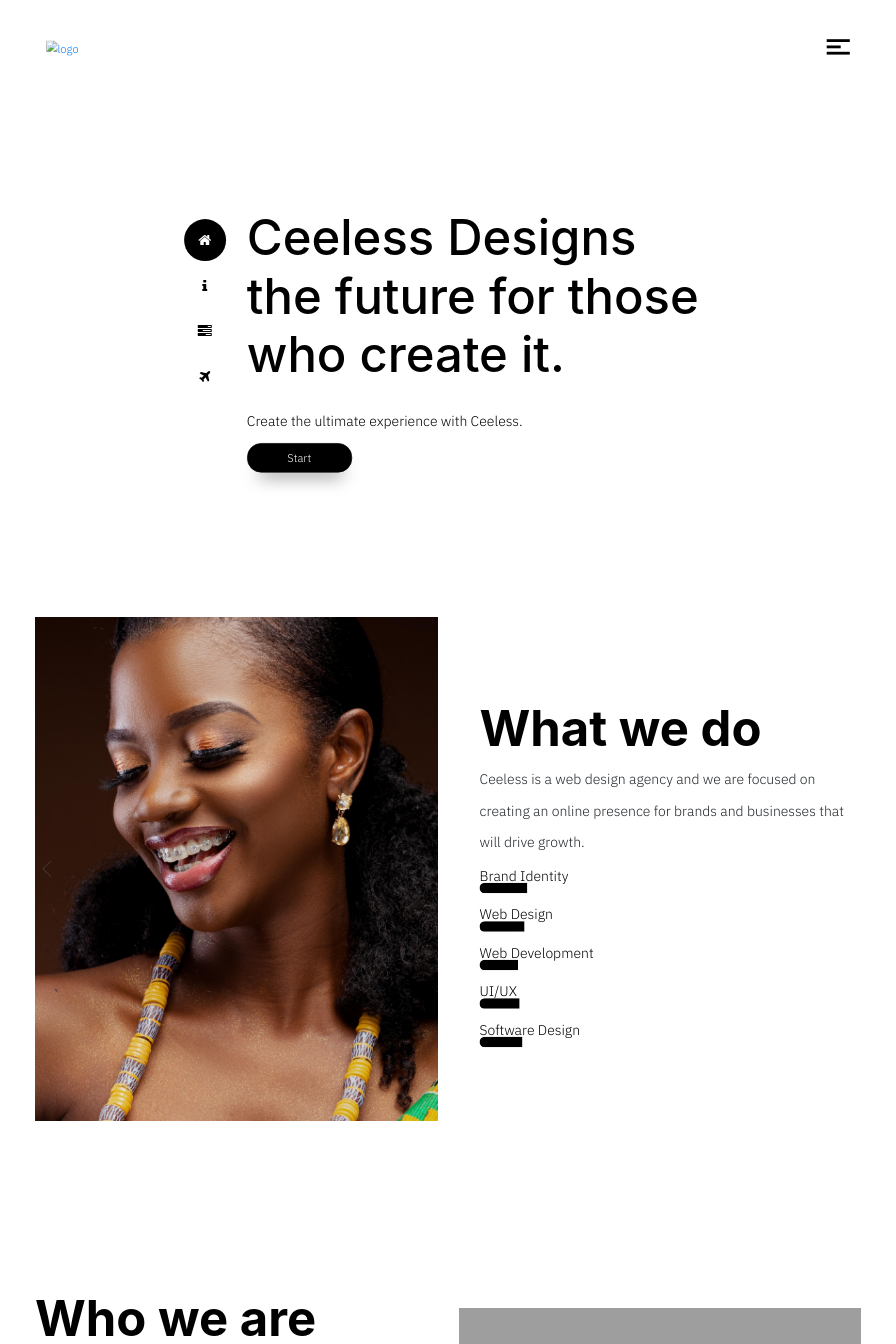
Repository: Licorne-Technologies/Ceeless-v2
Page: index.html
An editor plug-in stored every save of this project. The page is shown before and after the next save, followed by the edit.
The browser window is 1280 px wide. The pictures show the part of the page from y = 0 to 1920 px (the page is 3317 px tall), at 70% of full size.
Pictures or frames that could not be fetched are drawn as grey boxes. Some web libraries are served in a nearby version. The style sheet was rebuilt from its Sass, Less or Tailwind sources for each picture, by a compiler version that may differ from the author's.

Above is the page before, as saved 2020-06-15 14:33:06.

### index.html
<!DOCTYPE html>
<html lang="en">
<head>
    <meta charset="UTF-8">
    <meta name="viewport" content="width=device-width, initial-scale=1.0">
    <!-- UIkit CSS -->
    <link rel="stylesheet" href="https://cdn.jsdelivr.net/npm/uikit@3.5.4/dist/css/uikit.min.css" />
    <!--Bootstrap-->
    <link rel="stylesheet" href="https://stackpath.bootstrapcdn.com/bootstrap/4.4.1/css/bootstrap.min.css" integrity="sha384-Vkoo8x4CGsO3+Hhxv8T/Q5PaXtkKtu6ug5TOeNV6gBiFeWPGFN9MuhOf23Q9Ifjh" crossorigin="anonymous">
    <!--Font awesome -->
    <link rel="stylesheet" href="https://stackpath.bootstrapcdn.com/font-awesome/4.7.0/css/font-awesome.min.css">
    <!--Stylesheet-->
    <link rel="stylesheet" href="css/stylesheet.css">
    <title>Ceeless || Licorne Technologies</title>
</head>
<body>
 <main class="wrapper pt-5">
     <!--Navigation Bar-->
    <header class="navbar">
        <div class="logo">
            <a href="index.html">
                <img src="" alt="logo">
            </a>
        </div>
        <div class="menu">
            <a class="menuIcon" href="#modal-full" uk-toggle>
                <span class="long-bar"></span>
                <span class="short-bar"></span>
                <span class="long-bar"></span>
            </a>
        </div>
        <!--Menu Modal-->
        <div id="modal-full" class="uk-modal-full" uk-modal>
            <div class="uk-modal-dialog">
                <button class="uk-modal-close-full uk-close-large" type="button" uk-close></button>
                <div class="row">
                    <div class="col">
                        <div class="menuItems">
                            <ul class="menuList">
                                <li>
                                    <a href="index.html" class="active"><i class="fa fa-home"></i>Home</a>
                                </li>
                                <li>
                                    <a href="#"><i class="fa fa-info"></i>About</a>
                                </li>
                                <li>
                                    <a href="#"><i class="fa fa-tasks" aria-hidden="true"></i>Portfolio</a>
                                </li>
                                <li>
                                    <a href="#"><i class="fa fa-plane"></i>Contact</a>
                                </li>
                            </ul>
                        </div>
                    </div>
                <div class="col"></div>
                </div>
            </div>
        </div>
    </header>
    <!--End of Navigation Bar-->



    <!--Jumbotron-->
    <section class="jumboText">
        <div class="row">
            <div class="col-3">
                <!--Menu icons-->
                <div class="menuItems">
                    <ul class="menuList">
                        <li>
                            <a href="index.html" class="active"><i class="fa fa-home"></i></a>
                        </li>
                        <li>
                            <a href="#"><i class="fa fa-info"></i></a>
                        </li>
                        <li>
                            <a href="#"><i class="fa fa-tasks" aria-hidden="true"></i></a>
                        </li>
                        <li>
                            <a href="#"><i class="fa fa-plane"></i></a>
                        </li>
                    </ul>
                </div>
            </div>
            <div class="col-9">
                <div class="message card w-75">
                    <!--Message Text-->
                    <h1>Ceeless Designs the future for those who create it.</h1>
                    <p>Create the ultimate experience with Ceeless.</p>
                    <!--Action Btn-->
                    <a href="#" class="action-btn">Start</a>
                </div>

            </div>
        </div>
    </section>
    <!--End of Jumbotron-->

    <!--Portfolio and What We Do Section-->
    <section class="comboSection">
        <div class="row">
            <div class="col">
                <!--Portfolio Gallery-->
                <div uk-slideshow="autoplay: true; autoplay-interval: 2000; pause-on-hover: true; animation: fade;" >
                    <ul class="uk-slideshow-items" uk-height-viewport="min-height: 300">
                        <li>
                            <img src="assets/DemoImage1.jpg" alt="" uk-cover>
                        </li>
                        <li>
                            <img src="assets/DemoImage2.jpg" alt="" uk-cover>
                        </li>
                        <li>
                            <img src="assets/DemoImage3.jpg" alt="" uk-cover>
                        </li>
                    </ul>
                    <a class="uk-position-center-left uk-position-small uk-hidden-hover" href="#" uk-slidenav-previous uk-slideshow-item="previous"></a>
                    <a class="uk-position-center-right uk-position-small uk-hidden-hover" href="#" uk-slidenav-next uk-slideshow-item="next"></a>
                </div>
            </div>
            <div class="col">
                <h2 class="title pt-5">What we do</h2>
                <p>Ceeless is a web design agency and we are focused on creating an online presence for brands and businesses that will drive growth.</p>
                <!--What we do Progress bar-->
                <ul class="progressList">
                    <li>Brand Identity
                        <progress id="brandIdentity-progressbar" class="uk-progress uk-progress-dark" value="10" max="80"></progress>
                    </li>
                    <li>Web Design
                        <progress id="webDesign-progressbar" class="uk-progress uk-progress-dark" value="10" max="85"></progress>
                    </li>
                    <li>Web Development
                        <progress id="webDev-progressbar" class="uk-progress uk-progress-dark" value="10" max="100"></progress>
                    </li>
                    <li>UI/UX
                        <progress id="uiUx-progressbar" class="uk-progress uk-progress-dark" value="10" max="95"></progress>
                    </li>
                    <li>Software Design
                        <progress id="softwareDesign-progressbar" class="uk-progress uk-progress-dark" value="10" max="90"></progress>
                    </li>
                </ul>
            </div>
        </div>
    </section>
    <!--End of section-->

    <!--About us-->
    <section class="aboutUs">
        <div class="row">
            <div class="col">
                <h2 class="title">Who we are</h2>
                <p>Ceeless is a web design and development agency founded in 2016, it became part of the Licorne Technology group in February 2020.</p>
                <p>Ceeless is focused on supporting Nigerian brands and businesses online.</p>
            </div>
            <div class="col right">
                <div class="teamGallery">
                    <div class="uk-visible-toggle uk-light" tabindex="-1" uk-slideshow="animation: fade; autoplay: true;  autoplay-interval: 3000; pause-on-hover: true ">

                        <ul class="uk-slideshow-items">
                            <li>
                                <img src="assets/DemoImage3.jpg" alt="" uk-cover>
                                <div class="uk-overlay uk-overlay-primary uk-position-bottom">
                                    <p>Default Lorem ipsum dolor sit amet, consectetur adipiscing elit.</p>
                                </div>
                            </li>
                            <li>
                                <img src="assets/DemoImage2.jpg" alt="" uk-cover>
                                <div class="uk-overlay uk-overlay-primary uk-position-bottom">
                                    <p>Default Lorem ipsum dolor sit amet, consectetur adipiscing elit.</p>
                                </div>
                            </li>
                            <li>
                                <img src="assets/DemoImage1.jpg" alt="" uk-cover>
                                <div class="uk-overlay uk-overlay-primary uk-position-bottom">
                                    <p>Default Lorem ipsum dolor sit amet, consectetur adipiscing elit.</p>
                                </div>
                            </li>
                        </ul>

                        <a class="uk-position-center-left uk-position-small uk-hidden-hover" href="#" uk-slidenav-previous uk-slideshow-item="previous"></a>
                        <a class="uk-position-center-right uk-position-small uk-hidden-hover" href="#" uk-slidenav-next uk-slideshow-item="next"></a>

                    </div>
                </div>
            </div>
        </div>
    </section>
    <!--End of section-->

    <section class="contactUs">
        <div class="row">
            <div class="col">
                <div>
                    <div class="uk-inline">
                        <img src="assets/formBg.jpg" alt="">
                        <div class="uk-overlay-primary uk-position-cover"></div>
                        <div class="uk-overlay uk-position-bottom uk-light">
                            <h2 class="title">Work with us</h2>
                            <h5>on your next project or get in touch for a chat.</h5>
                        </div>
                    </div>
                </div>
            </div>
            <div class="col">
                <div class="form">
                    <form id="contactForm" method="POST" action="">
                        <div class="formRow">
                            <input type="text" placeholder="Name" required />
                            <div class="error"></div>
                        </div>
                        <div class="formRow">
                            <input type="email" placeholder="Email" required />
                            <div class="error"></div>
                        </div>
                        <div class="formRow">
                            <input type="text" placeholder="Phone Number" required />
                            <div class="error"></div>
                        </div>
                        <div class="formRow">
                            <textarea placeholder="Tell us about your project" required></textarea>
                            <div class="error"></div>
                        </div>
                    </form>
                </div>
                <!--form-->
            </div>
        </div>
    </section>
 </main>
 <footer class="footer">
     <p>&copy;Ceeless Designs | Licorne Technologies</p>
 </footer>

<!-- UIkit JS -->
<script src="https://cdn.jsdelivr.net/npm/uikit@3.5.4/dist/js/uikit.min.js"></script>
<script src="https://cdn.jsdelivr.net/npm/uikit@3.5.4/dist/js/uikit-icons.min.js"></script>
</body>
</html>

### css/stylesheet.scss
@import 'variables';
@import 'footer';
@import 'contact';
@import 'aboutUs';
@import 'whatWeDo';
@import 'portfolio';
@import 'jumbotron';
@import 'navbar';

*{
    margin: 0;
    padding: 0;
    text-decoration: none;
    list-style: none;
    font-family: $font;
}
 section {
    height: 100vh;
    margin-bottom: 70px;
}

.title {
    color: $dark;
    font-size: $fontLarge;
    font-weight: $fontHeavy;
}
@media screen and (min-width: 760px){
    .wrapper {
        margin: 0 50px;
    }
}

### css/_variables.scss
@import url('https://fonts.googleapis.com/css2?family=IBM+Plex+Sans:wght@300;700&display=swap');

$font: 'IBM Plex Sans', sans-serif;
$fontLight: 300;
$fontHeavy: 700;
$fontLarge: 70px;
$fontSmall: 45px;
$fontText: 20px;
$fontTextSm: 16px;
$dark: black;
$light: white;
$box-shadow: 0 5px 15px rgba(0,0,0,0.08);
$btn-shadow: 2px 20px 25px -15px rgba(0, 0, 0, 0.54);
$text-shadow: 2px 2px 4px rgba(0, 0, 0, 0.377);

### css/footer.scss
@import 'variables';

.footer {
    background-color: $dark;
    display: flex;
    align-items: center;
    p{
        color: $light;
        font-size: $fontText;
        padding: 10px;
    }
}

### css/contact.scss
@import 'variables';

.contactUs {
        height: 100vh;
        background-color: rgba(35,35,36, .9);
        background-size: cover;
    .title, h5{
        color: $light;
    }

    img {
        max-height: 100vh;
        width: 100%;
    }

    .form{
        display: flex;
        flex-direction: column;
        align-items: center;

        .formRow {
            margin: 10px 0;

            input, textarea {
                border: none;
                border-bottom: 2px solid $light;
                padding: 10px;
                color: $light;
                background-color: rgba(35,35,36, .9);
            }

            input::placeholder, textarea::placeholder {
                color: $light;
                line-height: $fontText;
                padding: 5px;
            }
        }
    }
}

### css/aboutUs.scss
@import 'variables';

.aboutUs {

    .col {
    height: 100vh;
    display: flex;
    flex-direction: column;
    justify-content: center;

    .right {
        background-color: $dark;
        height: 100vh;
        width: 100%;
    }
    }
    .title {
        padding-bottom: 30px;
    }
    p {
        font-size: $fontText;
        line-height: $fontSmall;
        font-weight: $fontLight;
    }
}

### css/whatWeDo.scss
@import 'variables';

.comboSection {

    .col {
        height: 100vh;
    display: flex;
    flex-direction: column;
    justify-content: center;
    }
    .title, p {
        padding-left: 30px;
    }
    p{
        font-size: $fontText;
        line-height: $fontSmall;
        font-weight: $fontLight;
    }
    .progressList {
        li{
            color: $dark;
            font-weight: 500;
            line-height: $fontText;
            font-size: $fontText;
            font-family: $font;
        }
    }
    .uk-progress { // this is its background, you could add those to your created classes if you want to also modify this color
        &::-webkit-progress-bar { background-color: $light; }
        &::-moz-progress-bar { background-color: $light; }
    }
    .uk-progress-dark { // created class for customisation
        &::-webkit-progress-value { background-color:$dark; } // those are the overflowing colors
        &::-ms-fill { background-color: $dark; }
    }

}

### css/jumbotron.scss
@import 'variables';

.jumboText {
    height: 100vh;
    display: flex;
    flex-direction: column;
    justify-content: center;

    .card {
        border: none;
        height: 100vh;
        display: flex;
        flex-direction: column;
        justify-content: center;
    }

    .menuItems {
        background-color: $light;
        display: flex;
        flex-direction: column;
        align-items: flex-end;

        a {
            font-size: $fontText;
            color: $dark;

            .fa {
                background-color: $light;
                color: $dark;
                margin-right: 0px;
                margin-bottom: 5px;
                height: 60px;
                width: 60px;
            }

            &:hover {
                .fa {
                    background-color: $dark;
                    color: $light;
                    transform: scale(1.2);
                }
            }
        }

        a.active {
            .fa {
                background-color: $dark;
                color: $light;
            }
        }
    }
}
.message {
    display: flex;
    flex-direction: column;
    align-items: flex-start;
    padding-top: 70px;
    h1{
        font-size: $fontLarge;
        color: $dark;
    }
    p{
        padding-top: 30px;
        font-size: $fontText;
        color: $dark;
    }
}
a.action-btn {
    border: 1px solid $dark;
    background-color: $dark;
    width: 150px;
    border-radius: 20px;
    padding: 10px;
    box-shadow: $btn-shadow;
    color: $light;
    text-align: center;
    line-height: 20px;
    &:hover{
        text-decoration: none;
    }

}

### css/navbar.scss
@import 'variables';

.navbar {
    display: flex;
    width: 100%;
    justify-content: space-between;
}

.menuIcon {
    display: flex;
    flex-direction: column;
        .long-bar,.short-bar{
            border: 2px solid $dark;
            margin-bottom: 5px;
        }
        .long-bar{
            width: 33px;
        }
        .short-bar{
            width: 20px;
        }

        &:hover{
            .long-bar{
                width: 20px;
                transition: width 300ms ease-in-out 0s;

            }
            .short-bar{
                width: 33px;

            }
        }
}

.uk-modal-full {
    height: 100vh;
    background-color: $dark;
    overflow: hidden;
}
.uk-modal-close-full, .uk-close-large, .menuItems{
    background-color: $dark;
    color: $light;
}
.menuItems {
    height: 100vh;
    display: flex;
    flex-direction: column;
    justify-content: center;
}
.menuList {
    li {
        a {
            display: flex;
            align-items: center;
            color: $light;
            font-size: $fontSmall;
            line-height: $fontSmall;

            .fa {
                display: flex;
                justify-content: center;
                align-items: center;
                height: 100px;
                width: 100px;
                border-radius: 50%;
                background-color: $dark;
                color: $light;
                margin-right: 7px;
            }

            &:hover {
                text-decoration: none;

                .fa{
                    background-color: $light;
                    color: $dark;
                }
            }
        }
    }
}

Loaded but not shown: css/portfolio.scss (common file)

After the next save:
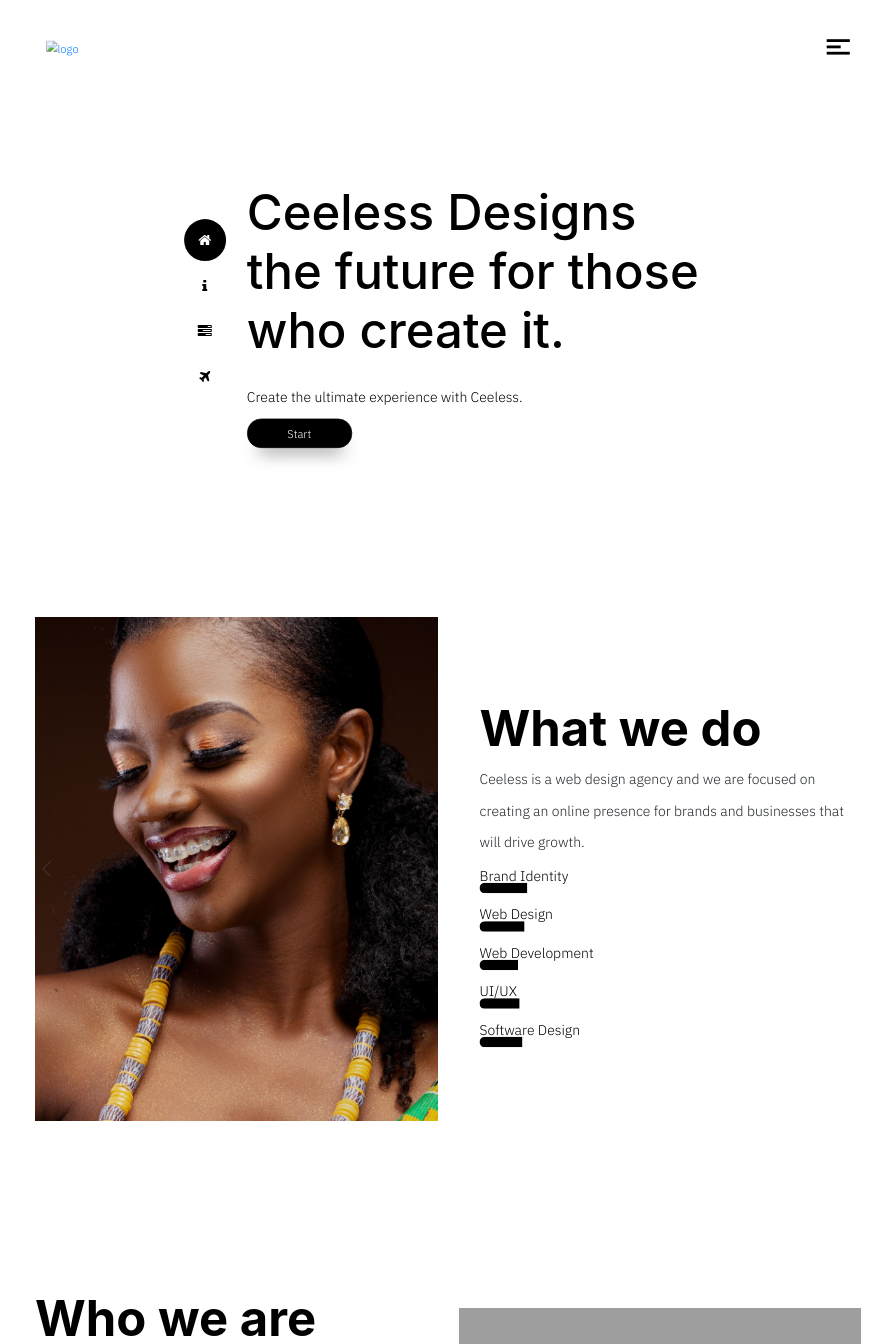
Saved 35 s later.
--- a/css/jumbotron.scss
+++ b/css/jumbotron.scss
@@ -54,7 +54,6 @@
     display: flex;
     flex-direction: column;
     align-items: flex-start;
-    padding-top: 70px;
     h1{
         font-size: $fontLarge;
         color: $dark;
